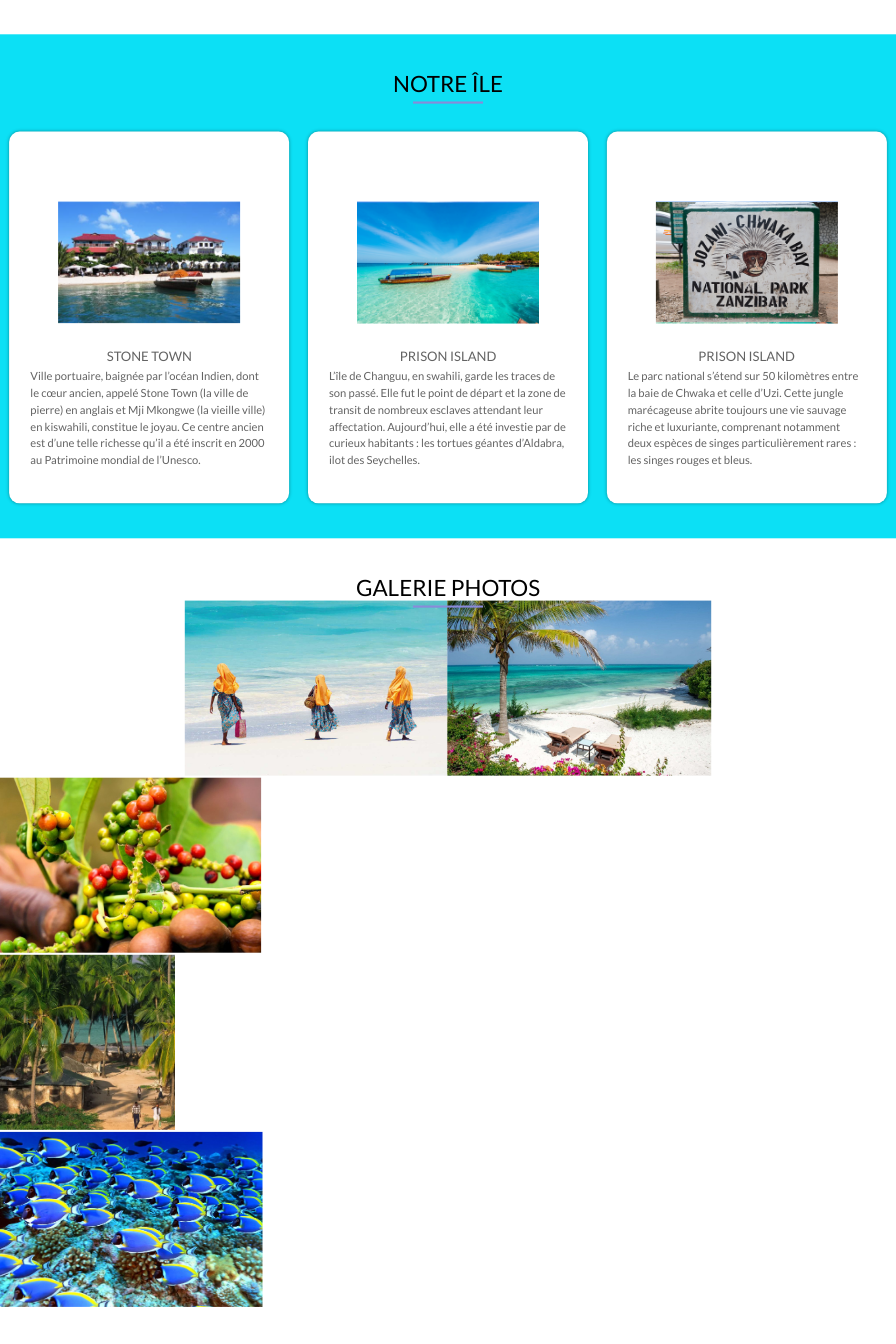
Repository: ypiard85/zanzibar
Page: index.html
The author's editor kept a copy of each file at every save. The page is drawn from the files as they stood at one save, then again after the next save.
The browser window is 1280 px wide. The pictures show the part of the page from y = 1530 to 3450 px (the page is 3450 px tall), at 70% of full size.
Some web fonts or font styles are not loaded; a fallback is used.

Above is the page before, as saved 2021-03-01 11:12:39.

After the next save:
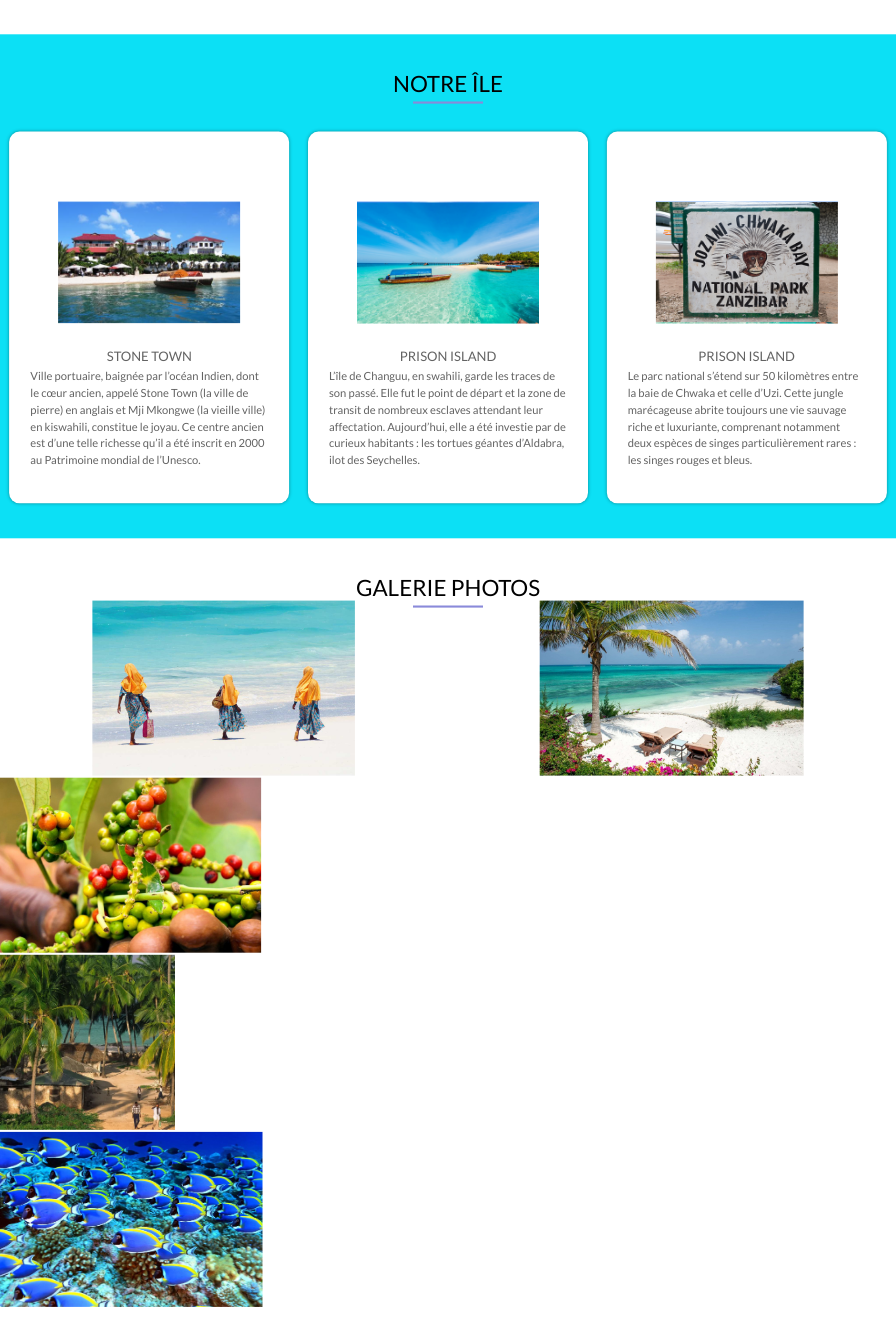
Saved 8 s later.
--- a/style.css
+++ b/style.css
@@ -209,5 +209,5 @@ section .title p {
 
 .img_top{
     display: flex;
-    justify-content: center;
-}
+    justify-content: space-around;
+}
